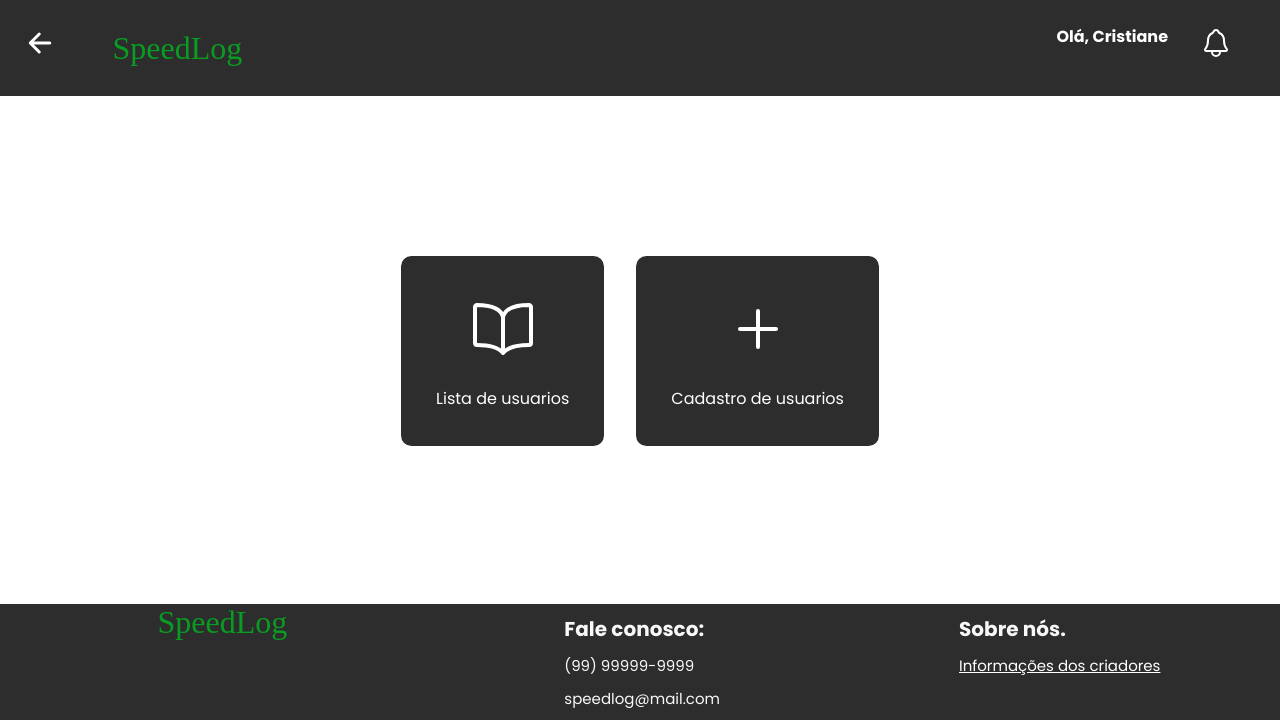
Repository: crisholiveira/speedlog
Page: http://localhost/usuarios
The author's editor kept a copy of each file at every save. The page is drawn from the files as they stood at one save, then again after the next save.
The browser window is 1280 px wide. The pictures show the whole page.
Some web fonts or font styles are not loaded; a fallback is used. The page is served by the project's Node server (app.js). Other server files are loaded and not shown.

Above is the page before, as saved 2022-01-29 13:56:34.

### views/usuarios.ejs
<%- include('./partials/header.ejs') %>

<link rel="stylesheet" href="/stylesheets/usuarios.css">
<body>

    <section>

        <div id="grandeCaixa">

            <div class="caixinha">
                <a href="#">
                    <ion-icon name="book-outline"></ion-icon>
                </a>
                <p>Lista de usuarios</p>
            </div>

            <div class="caixinha">
                <a href="#">
                    <ion-icon name="add-outline"></ion-icon>
                </a>
                <p>Cadastro de usuarios</p>
            </div>

        </div>

        <script type="module" src="https://unpkg.com/ionicons@5.5.2/dist/ionicons/ionicons.esm.js"></script>
    </section>


</body>

<%- include('./partials/footer.ejs') %>

### views/partials/header.ejs
<!DOCTYPE html>
<html lang="en">

<head>
    <meta charset="UTF-8">
    <meta http-equiv="X-UA-Compatible" content="IE=edge">
    <meta name="viewport" content="width=device-width, initial-scale=1.0">
    <link rel="stylesheet" href="/stylesheets/header.css">
    <title>SpeedLog</title>
</head>
<header>
    <div id="menu-header">
        <div class="header-container">
            <span class="icone-voltar"><a href="/home"><ion-icon name="arrow-back-outline"></ion-icon></a>

            </span>
            <span class="logo">SpeedLog</span>
            <span class="icone-notificacao">
                <ion-icon name="notifications-outline"></ion-icon>
            </span>
            <span class="bem-vindo">
                <h4>Olá, Cristiane</h4>
            </span>
        </div>
    </div>
</header>
<script type="module" src="https://unpkg.com/ionicons@5.5.2/dist/ionicons/ionicons.esm.js"></script>
<script nomodule src="https://unpkg.com/ionicons@5.5.2/dist/ionicons/ionicons.js"></script>

### views/partials/footer.ejs
<!DOCTYPE html>
<html lang="en">
<head>
    <meta charset="UTF-8">
    <meta http-equiv="X-UA-Compatible" content="IE=edge">
    <meta name="viewport" content="width=device-width, initial-scale=1.0">
    <title>Document</title>
    <link rel="stylesheet" href="/stylesheets/footer.css">
</head>

<footer>

    <div class="footer">

        <div class="caixa1">
            <span class="logo"> SpeedLog </span>
        </div>

        <div class="caixa2">

            <ul>
            <li class="titulo"><b>Fale conosco:</b> </li>
            <li >(99) 99999-9999</li>
            <li>speedlog@mail.com</li>
            </ul>

        </div>

        <div class='caixa3'>
            <ul>
                <li class="titulo"><b>Sobre nós.</b></li>
                <li><a href="#" style="color: white">Informações dos criadores</a></li>
            </ul>
        </div>


    </div>

</footer>

### app.js
var createError = require('http-errors');
var express = require('express');
var path = require('path');
var cookieParser = require('cookie-parser');
var logger = require('morgan');

var indexRouter = require('./routes/index');
var usersRouter = require('./routes/users');
var homeRouter = require('./routes/home');
var perfilRouter = require('./routes/perfil');
var requisicoesRouter = require('./routes/requisicoes');
var estoqueRouter = require('./routes/estoque');
var usuariosRouter = require('./routes/usuarios');
var produtosRouter = require('./routes/produtos');
var cadUsuarioRouter = require('./routes/cadUsuario');



var app = express();

// view engine setup
app.set('views', path.join(__dirname, 'views'));
app.set('view engine', 'ejs');

app.use(logger('dev'));
app.use(express.json());
app.use(express.urlencoded({ extended: false }));
app.use(cookieParser());
app.use(express.static(path.join(__dirname, 'public')));

app.use('/', indexRouter);
app.use('/users', usersRouter);
app.use('/home', homeRouter);
app.use('/perfil', perfilRouter);
app.use('/requisicoes', requisicoesRouter);
app.use('/estoque', estoqueRouter);
app.use('/usuarios', usuariosRouter);
app.use('/produtos', produtosRouter);
app.use('/cadastroDeUsuario', cadUsuarioRouter);


// catch 404 and forward to error handler
app.use(function(req, res, next) {
  next(createError(404));
});

// error handler
app.use(function(err, req, res, next) {
  // set locals, only providing error in development
  res.locals.message = err.message;
  res.locals.error = req.app.get('env') === 'development' ? err : {};

  // render the error page
  res.status(err.status || 500);
  res.render('error');
});

module.exports = app;

### controllers/usuariosController.js
const usuariosController = {
    index: (req, res) => {

        res.render('usuarios')
    }
}
module.exports = usuariosController

### public/stylesheets/header.css
@import url('https://fonts.googleapis.com/css2?family=Poppins:wght@100;200;300;400;500;600;700&display=swap');
@import url('https://fonts.googleapis.com/css2?family=Patrick+Hand&display=swap');

*{
    padding: 0;
    margin: 0;
    box-sizing: border-box;
    border: none;
    font-family: 'Poppins'
}

header {
    min-height: 10vh;
    background-color:#2d2d2d;

}

.header-container a {
    color: white;
}



.header-container {
    padding: 1.5rem;

}

.logo {
    color:#099c22;
    font-family: 'Patrick Hand', cursive;
    font-size: 2rem;
    padding: 3rem;

}


.icone-voltar {
    font-size: 2rem;
    color: white;



}

.icone-notificacao {
    font-size: 2rem;
    color: white;
    float: right;
    padding-right: 1.5rem;

}

.bem-vindo {
    color: white;
    float: right;

}
.bem-vindo h4 {
    padding-right: 2rem;
}
@media (max-width: 768px){
    .logo{
        display: none;
    }
}

### public/stylesheets/usuarios.css
@import url('https://fonts.googleapis.com/css2?family=Poppins:wght@100;200;300;400;500;600;700&display=swap');

*{
    padding: 0;
    margin: 0;
    box-sizing: border-box;
    border: none;
    font-family: 'Poppins';

}

.caixinha{
        background-color:#2d2d2d;
        min-height: 20vh;
        min-width: 25vh;
        margin: 1rem;
        padding: 35px;
        border-radius: 10.5px;
        text-align: center;

}

p, a {
    color: white;

}

#grandeCaixa{
    display: flex;
    justify-content: center;
    margin-top: 20vh;
}

.caixinha a{
        font-size: 4rem;
}

### public/stylesheets/footer.css
*{
    padding: 0;
    margin: 0;
    box-sizing: border-box;
    border: none;
    font-family: 'Poppins'
}

footer{
    min-height: 10vh;
    background-color:#2d2d2d;
    color: rgb(248, 248, 248);
    bottom: 0;
    left: 0;
    position: fixed;
    width: 100%;
}

.logo{
    color:#099c22;
    font-family: 'Patrick Hand', cursive;
    font-size: 2rem;
    text-align: center;
}

ul{

    list-style: none;


}

li{
    margin: 10px;
    font-size: 15px;

}

.footer{
    display: flex;
    justify-content: space-around;


}

.titulo{
    font-size: 20px;
}

After the next save:
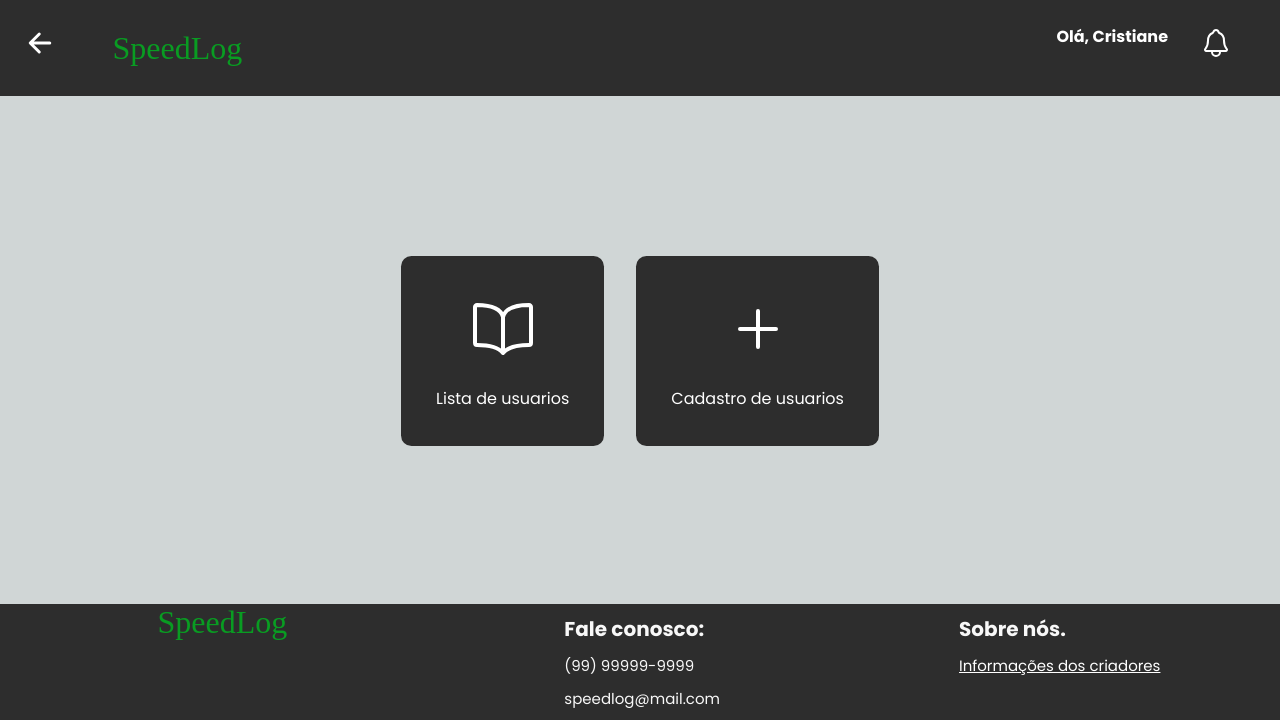
Saved 4 min 0 s later.
--- a/public/stylesheets/usuarios.css
+++ b/public/stylesheets/usuarios.css
@@ -7,6 +7,10 @@
     border: none;
     font-family: 'Poppins';
 
+}
+
+body{
+    background-color: rgb(208, 214, 214);
 }
 
 .caixinha{
